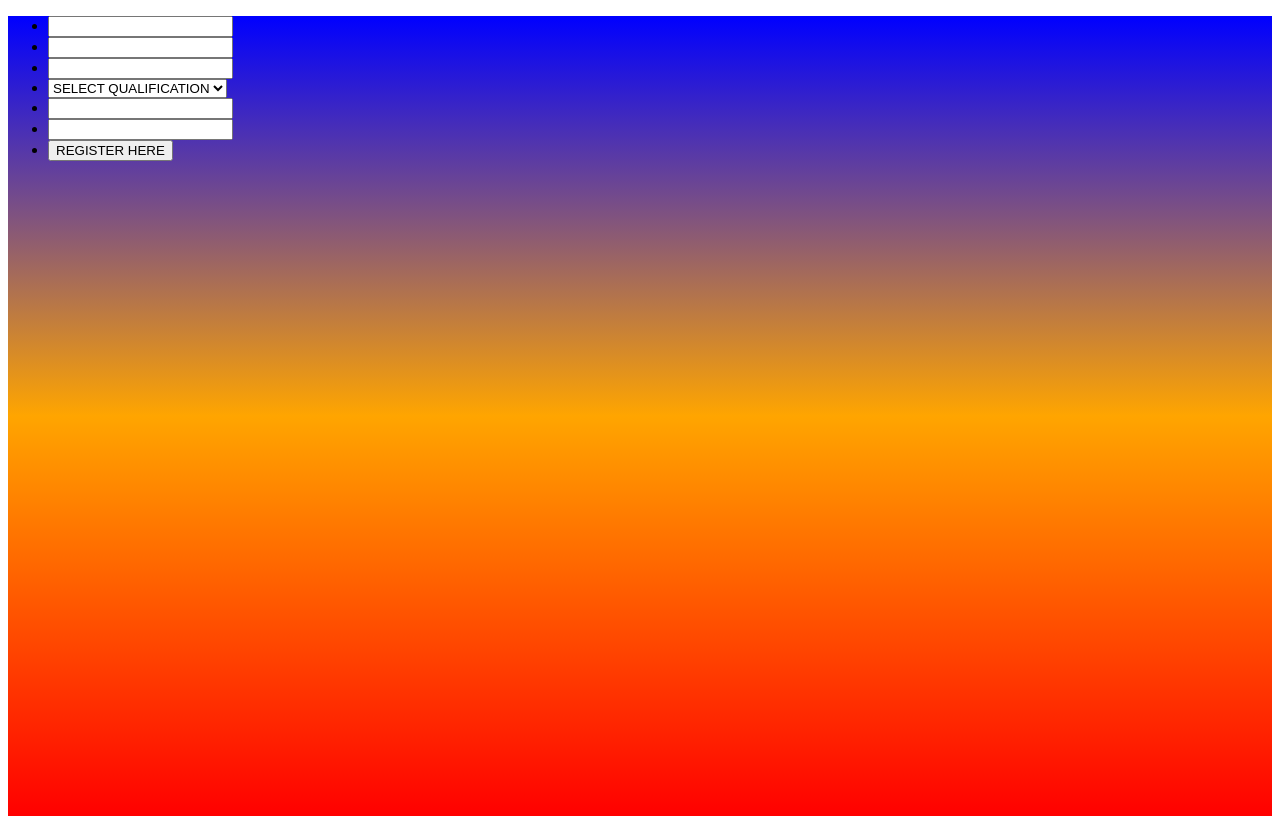
Repository: vaibhaokamble/MY_INSTITUTE_PUNE
Page: SERVLET/RegistrationApplication/src/main/webapp/register.html
The author's editor kept a copy of each file at every save. The page is drawn from the files as they stood at one save, then again after the next save.
The browser window is 1280 px wide. The pictures show the whole page.

Above is the page before, as saved 2022-10-18 04:23:49.

### SERVLET/RegistrationApplication/src/main/webapp/register.html
<!DOCTYPE html>
<html>
<head>
<meta charset="UTF-8">
<title>Insert title here</title>
<link rel="stylesheet" href="css/style.css"/>
</head>
<body>
<div class="container">
<ul>
	<li> <input type='text' name='name' value=''/></li>
	<li> <input type='text' name='email' value=''/></li>
	<li> <input type='text' name='contact' value=''/></li>
	<li> <select name='qual'>
		<option> SELECT QUALIFICATION </option>
		<option> MCA</option>
		<option>B.SC</option>
		<option>12TH</option>
		<option>10TH</option>
	</select></li>
	<li><input type='text' name='username' value=''/></li>
	<li><input type='text' name='password' value=''/></li>
	<li><input type='submit' name='s' value='REGISTER HERE'/></li>

</ul>
</div>
</body>
</html>

### SERVLET/RegistrationApplication/src/main/webapp/css/style.css
@charset "UTF-8";

.container{
	width:100%;
	height:800px;
	background-image:linear-gradient(blue,orange,red);
	}

After the next save:
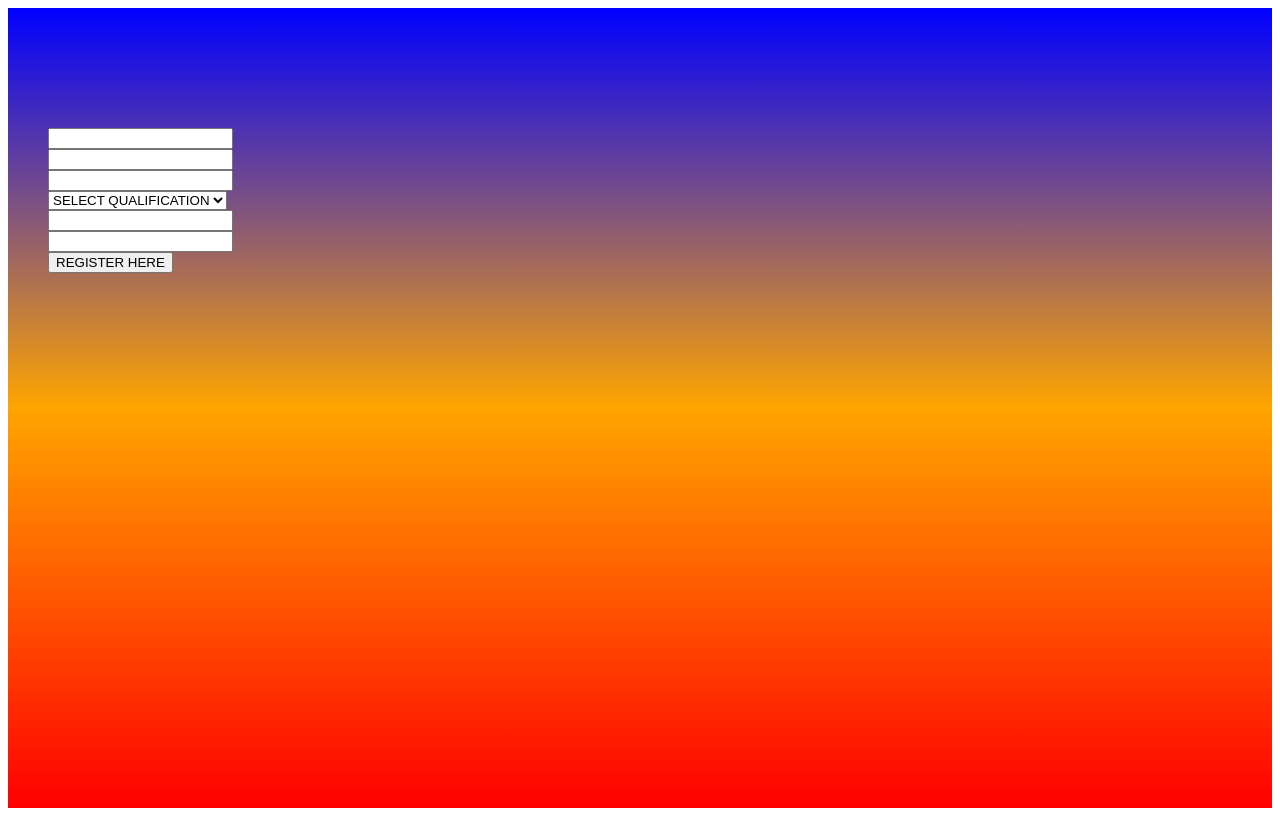
Saved 3 min 37 s later.
--- a/SERVLET/RegistrationApplication/src/main/webapp/css/style.css
+++ b/SERVLET/RegistrationApplication/src/main/webapp/css/style.css
@@ -5,3 +5,12 @@
 	height:800px;
 	background-image:linear-gradient(blue,orange,red);
 	}
+
+
+	ul{
+	list-style-type:none;
+	padding:20px;
+	position:absolute;
+	margin-left:20px;
+	margin-top:100px;
+	}
